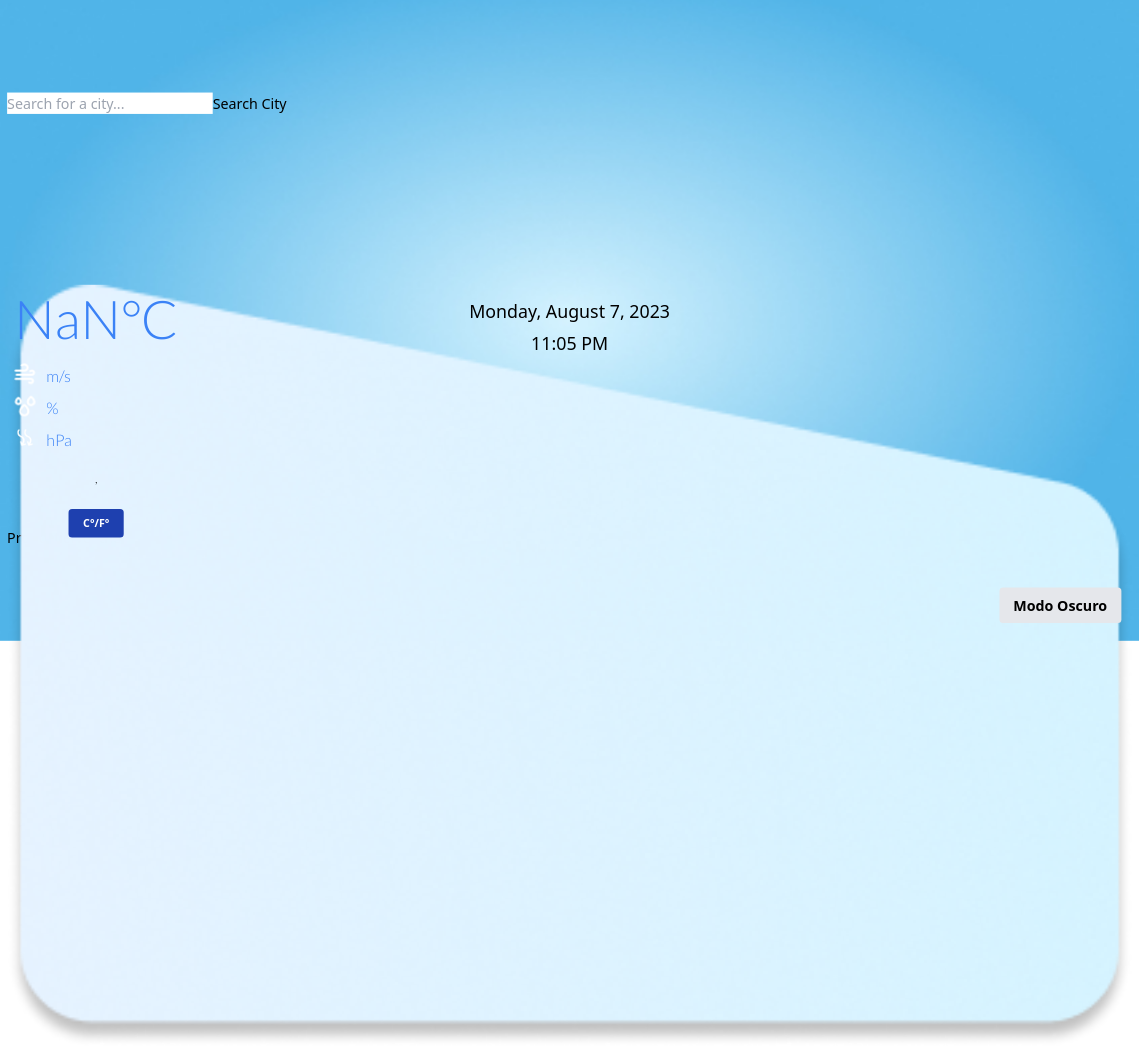
Repository: LukasMoyano/WeatherApp-_-LukasMoyano-_-V-_4.0_6.6.6
Page: /
An editor plug-in stored every save of this project. The page is shown before and after the next save, followed by the edit.
The browser window is 1280 px wide. The pictures show the whole page, at 89% of full size.
The page's requests for data from a server got no answer. The project was rebuilt for these pictures with package versions that can differ from the ones it lists, and the page was loaded fresh each time. No one was signed in, and anything a server would have sent is missing. Also part of the build but not shown: vite.config.js.

Above is the page before, as saved 2023-08-08 00:43:23.

### index.html
<!DOCTYPE html>
<html lang="en">
  <head>
    <meta charset="UTF-8" />
    <link rel="icon" type="image/png" href="thor-hammer.png">
    <meta name="viewport" content="width=device-width, initial-scale=1.0" />
    <title>WeatherApp - LukasMoyano-</title>
  </head>
  <body>
    <div id="root"></div>
    <script type="module" src="/src/main.jsx"></script>
  </body>
</html>

### src/main.jsx
import React from 'react'
import ReactDOM from 'react-dom/client'
import App from "/src/App.jsx";

ReactDOM.createRoot(document.getElementById('root')).render(
  <React.StrictMode>
    <App />
  </React.StrictMode>,
)

### src/App.jsx
import React, { useEffect, useState } from "react";
import axios from "axios";
import Weather from "./components/Weather";
import "./App.css";
import SearchBar from "./components/SearchBar";
import PronosticWeather from "./components/PronosticWeather";

function App() {
  const [weatherInfo, setWeatherInfo] = useState(null);
  const [isDarkMode, setIsDarkMode] = useState(false);

  const toggleDarkMode = () => {
    setIsDarkMode(!isDarkMode);
  };

  useEffect(() => {
    navigator.geolocation.getCurrentPosition(success);
  }, []);

  const success = (pos) => {
    const lat = pos.coords.latitude;
    const lon = pos.coords.longitude;
    const API_KEY = "f61630c5193995d939b6b8024057b009";
    const url = `https://api.openweathermap.org/data/2.5/weather?lat=${lat}&lon=${lon}&appid=${API_KEY}`;

    axios
      .get(url)
      .then(({ data }) => setWeatherInfo(data))
      .catch((err) => console.log(err));
  };

  const backgroundImage = isDarkMode
    ? "background/image002_DarkVersion.jpg"
    : "background/image001_LightVersion.jpg";

  return (
    <div className={`min-h-screen ${isDarkMode ? "dark" : ""}`}>
      <main
        className={`bg-cover bg-center min-h-screen font-lato p-2 grid items-center ${
          isDarkMode ? "bg-black bg-opacity-50 text-white" : "bg-white bg-opacity-70 text-black"
        }`}
        style={{
          backgroundImage: `url(${backgroundImage})`

        }}
      >
        <SearchBar setWeatherInfo={setWeatherInfo} />
        <Weather weatherInfo={weatherInfo} isDarkMode={isDarkMode} />
        <PronosticWeather/>

        <button
          onClick={toggleDarkMode}
          className={`absolute bottom-5 right-5 px-4 py-2 font-bold rounded ${
            isDarkMode ? "bg-gray-800 text-white" : "bg-gray-200 text-black"
          }`}
        >
          {isDarkMode ? "Modo Claro" : "Modo Oscuro"}
        </button>
      </main>
    </div>
  );
}

export default App;

### src/components/Weather.jsx
import React, { useState } from "react";

const Weather = ({ weatherInfo, isDarkMode }) => {
  const [isCelsius, setIsCelsius] = useState(true);

  const toggleTemperatureUnit = () => {
    setIsCelsius(!isCelsius);
  };

  const convertTemperature = (temperature) => {
    if (isCelsius) {
      return Math.round(temperature - 273.15) + "°C";
    } else {
      return Math.round(((temperature - 273.15) * 9) / 5 + 32) + "°F";
    }
  };

  const iconspngweathers = {
    "01n": "public/iconsweatherstates_day/01n.png",
    "02n": "public/iconsweatherstates_day/02n.png",
    "03n": "public/iconsweatherstates_day/03n.png",
    "04n": "public/iconsweatherstates_day/04n.png",
    "09n": "public/iconsweatherstates_day/09n.png",
    "10n": "public/iconsweatherstates_day/10n.png",
    "11n": "public/iconsweatherstates_day/11n.png",
    "13n": "public/iconsweatherstates_day/13n.png",
    "50n": "public/iconsweatherstates_day/50n.png",
    "01d": "public/iconsweatherstates_day/01d.png",
    "02d": "public/iconsweatherstates_day/02d.png",
    "03d": "public/iconsweatherstates_day/03d.png",
    "04d": "public/iconsweatherstates_day/04d.png",
    "09d": "public/iconsweatherstates_day/09d.png",
    "10d": "public/iconsweatherstates_day/10d.png",
    "11d": "public/iconsweatherstates_day/11d.png",
    "13d": "public/iconsweatherstates_day/13d.png",
    "50d": "public/iconsweatherstates_day/50d.png",
  };

  const getCurrentDateTime = () => {
    const currentDate = new Date();
    const options = {
      weekday: "long",
      day: "numeric",
      month: "long",
      year: "numeric",
    };
    const date = currentDate.toLocaleDateString(undefined, options);
    const time = currentDate.toLocaleTimeString(undefined, {
      hour: "numeric",
      minute: "numeric",
    });
    return { date, time };
  };

  const { date, time } = getCurrentDateTime();

  return (
    <main className="w-full">
      <section
        className={`w-full relative ${
          isDarkMode ? " text-white" : " text-black"
        }`}
      >
        <section className="absolute w-full ">
          {isDarkMode ? (
            <img
              className="w-full"
              src="public/background_info_cads/card_image002_Dark version.png"
            />
          ) : (
            <img
              className="w-full"
              src="public/background_info_cads/card_image001_LightVersion.png"
            />
          )}
        </section>

        <section className="absolute z-10 grid grid-cols-2 justify-center-items-center">
          {/* Columna Izquierda */}
          <div className="flex flex-col gap-5 p-2 text-center">
            {/* Temperatura Actual */}
            <div
              className={` font-lato font-Lato text-6xl font-light leading-23 tracking-normal text-center text-blue-500
           ${isDarkMode ? "text-white" : "text-black"}`}
            >
              {convertTemperature(weatherInfo?.main.temp)}
            </div>
            {/* Detalles del Clima */}
            <div className="font-Lato font-light text-center text-blue-500 grid grid-raws-3 gap-2">
              <div className="flex gap-3 text-lg ">
                <img
                  src="./images/wind.png"
                  alt="Wind Icon"
                  className="w-6 h-6"
                />
                {weatherInfo?.wind.speed} m/s
              </div>
              <div className="flex gap-3 text-lg">
                <img
                  src="./images/humidity.png"
                  alt="Humidity Icon"
                  className="w-6 h-6"
                />
                {weatherInfo?.main.humidity}%
              </div>
              <div className="flex gap-3 text-lg">
                <img
                  src="./images/pressure.png"
                  alt="Pressure Icon"
                  className="w-6 h-6"
                />
                {weatherInfo?.main.pressure} hPa
              </div>
            </div>
            {/* Nombre de la Ciudad */}
            {/* País */}
            <h1 className="w-full h-full flex items-center justify-center font-Lato text-sm font-light">
              {weatherInfo?.name}, {weatherInfo?.sys?.country}
            </h1>
          </div>

          {/* Columna Derecha */}
          <div className="flex-col flex w-full justify-between text-center">
            {/* Icono del Clima */}
            {weatherInfo?.weather[0].icon && (
              <img
                src={`${iconspngweathers[weatherInfo?.weather[0].icon]}`}
                alt="Weather Icon"
                className=""
              />
            )}
            <h3 className="text-base mt-4 mb-2">
              {weatherInfo?.weather[0].description}
            </h3>
          </div>
          {/* Botón para Alternar entre Celsius y Fahrenheit */}
          <section className="flex items-center justify-center mt-4">
            <button
              onClick={toggleTemperatureUnit}
              className={`bg-blue-800 hover:bg-blue-700 text-white font-bold py-2 px-4 rounded mx-auto block text-xs ${
                isDarkMode ? "bg-opacity-70" : "bg-opacity-100"
              }`}
            >
              C°/F°
            </button>
          </section>
        </section>
      </section>
      {/* Mostrar la Fecha y Hora */}
      <section className="text-center mt-4">
        <p
          className={`text-xl mb-2 ${isDarkMode ? "text-white" : "text-black"}`}
        >
          {date}
        </p>
        <p className={`text-xl ${isDarkMode ? "text-white" : "text-black"}`}>
          {time}
        </p>
      </section>
    </main>
  );
};

export default Weather;

### src/App.css
@import url(https://fonts.googleapis.com/css?family=Lato:100,100italic,300,300italic,regular,italic,700,700italic,900,900italic);

@import url('https://fonts.googleapis.com/css2?family=Lato:wght@300;400;700&display=swap');


@import 'tailwindcss/base';
@import 'tailwindcss/components';
@import 'tailwindcss/utilities';

### src/components/SearchBar.jsx
import React, { useState, useEffect } from "react";
import axios from "axios";

const SearchBar = ({ setWeatherInfo }) => {
  const [city, setCity] = useState("");
  const [suggestedCities, setSuggestedCities] = useState([]);
  const [isFetching, setIsFetching] = useState(false);

  const API_KEY = "f61630c5193995d939b6b8024057b009";

  const handleCityChange = (event) => {
    const value = event.target.value;
    setCity(value);
    if (value) {
      fetchSuggestedCities(value);
    } else {
      setSuggestedCities([]);
    }
  };

  const fetchSuggestedCities = async (query) => {
    setIsFetching(true);
    try {
      const response = await fetch(
        `https://api.openweathermap.org/data/2.5/find?q=${query}&type=like&cnt=5&appid=${API_KEY}`
      );
      const data = await response.json();
      setSuggestedCities(data.list);
    } catch (error) {
      console.error("Error fetching suggested cities:", error);
    } finally {
      setIsFetching(false);
    }
  };

  const handleSuggestionClick = (suggestion) => {
    setCity(suggestion.name);
    setSuggestedCities([]);
  };

  const handleSearch = () => {
    if (city.trim() !== "") {
      fetchWeatherData(city);
    }
  };

  const fetchWeatherData = (city) => {
    const url = `https://api.openweathermap.org/data/2.5/weather?q=${city}&appid=${API_KEY}`;

    axios
      .get(url)
      .then(({ data }) => setWeatherInfo(data))
      .catch((err) => console.log(err));
  };

  useEffect(() => {
    const handleKeyPress = (event) => {
      if (event.key === "Enter") {
        handleSearch();
      }
    };
    window.addEventListener("keydown", handleKeyPress);
    return () => {
      window.removeEventListener("keydown", handleKeyPress);
    };
  }, [city]);

  return (
    <main>
      <label>
        <input
          type="text"
          value={city}
          placeholder="Search for a city..."
          onChange={handleCityChange}
        />
        {suggestedCities.length > 0 && (
          <ul className="suggestions">
            {suggestedCities.map((suggestion) => (
              <li
                key={suggestion.id}
                onClick={() => handleSuggestionClick(suggestion)}
              >
                {suggestion.name}, {suggestion.sys.country}
              </li>
            ))}
          </ul>
        )}
        <button onClick={handleSearch} disabled={isFetching}>
          Search City
        </button>
      </label>
    </main>
  );
};

export default SearchBar;

### src/components/PronosticWeather.jsx
import React from 'react'

const PronosticWeather = () => {
  return (
    <div>PronosticWeather</div>
  )
}

export default PronosticWeather

### tailwind.config.js
/** @type {import('tailwindcss').Config} */
export default {
  content: [
    "./index.html",
    "./src/**/*.{js,ts,jsx,tsx}",
  ],
  theme: {
    extend: {},
    fontFamily: {
      Lato: ["Lato", "Sans-Serif"]
    }
  },
  plugins: [],

}

After the next save:
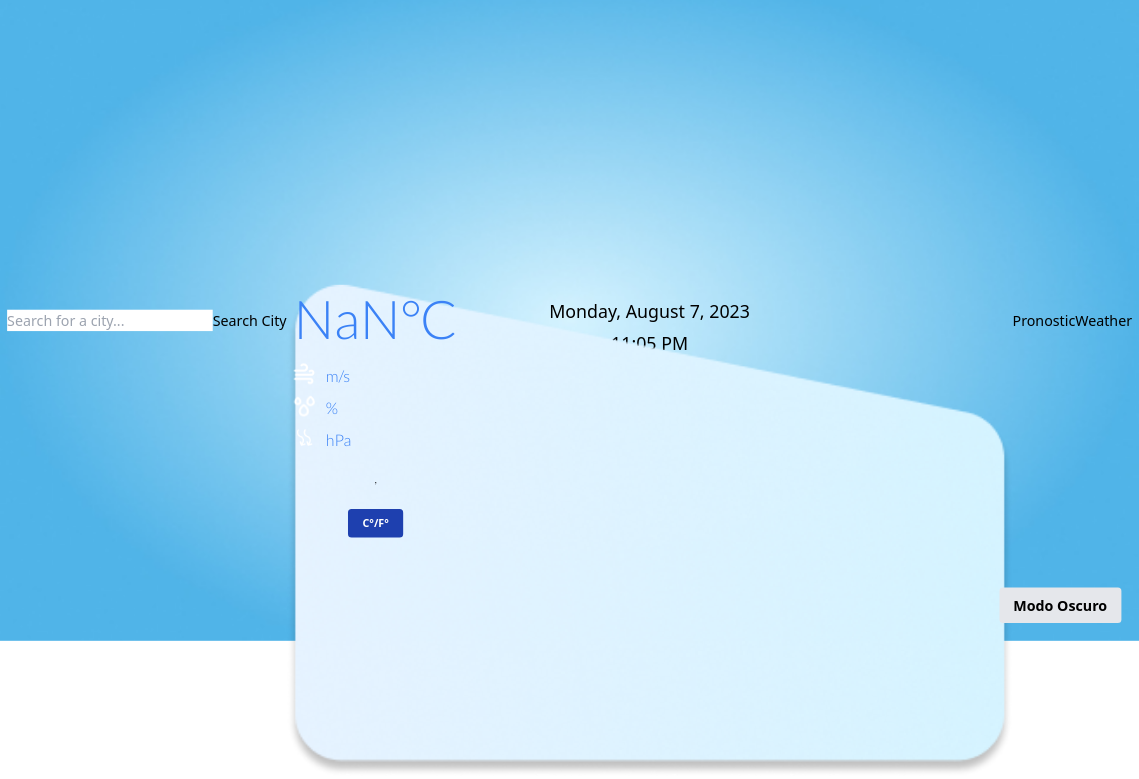
Saved 2 min 13 s later.
--- a/src/App.jsx
+++ b/src/App.jsx
@@ -36,7 +36,7 @@
   return (
     <div className={`min-h-screen ${isDarkMode ? "dark" : ""}`}>
       <main
-        className={`bg-cover bg-center min-h-screen font-lato p-2 grid items-center ${
+        className={`bg-cover bg-center min-h-screen font-lato p-2 grid grid-cols-[auto_1fr_auto_auto] items-center ${
           isDarkMode ? "bg-black bg-opacity-50 text-white" : "bg-white bg-opacity-70 text-black"
         }`}
         style={{

After the save that followed:
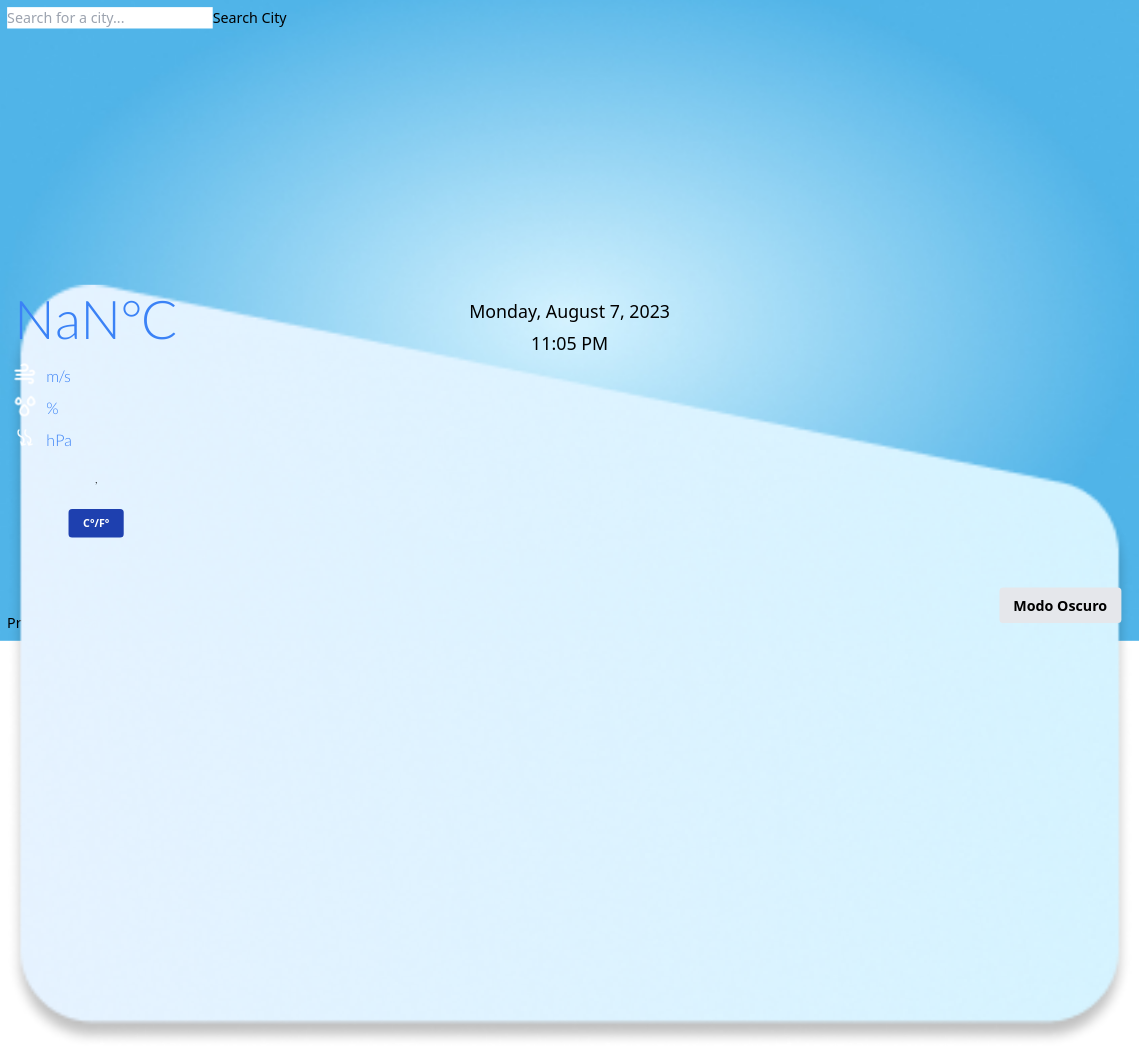
Saved 25 s later.
--- a/src/App.jsx
+++ b/src/App.jsx
@@ -36,7 +36,7 @@
   return (
     <div className={`min-h-screen ${isDarkMode ? "dark" : ""}`}>
       <main
-        className={`bg-cover bg-center min-h-screen font-lato p-2 grid grid-cols-[auto_1fr_auto_auto] items-center ${
+        className={`bg-cover bg-center min-h-screen font-lato p-2 grid grid-rows-[auto_1fr_auto_auto] items-center ${
           isDarkMode ? "bg-black bg-opacity-50 text-white" : "bg-white bg-opacity-70 text-black"
         }`}
         style={{
